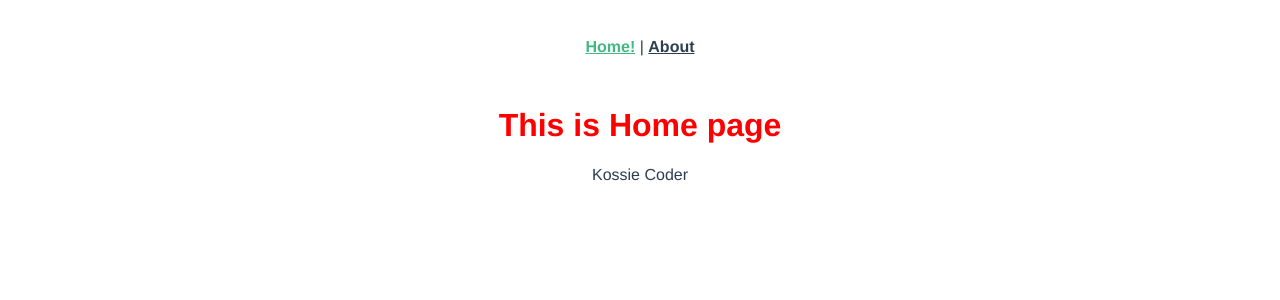
Repository: RyuGeunHwan/code_J
Page: / (app in hello-word/)
The author's editor kept a copy of each file at every save. The page is drawn from the files as they stood at one save, then again after the next save.
The browser window is 1280 px wide. The pictures show the whole page.
The project was rebuilt for these pictures with package versions that can differ from the ones it lists, and the page was loaded fresh each time.

Above is the page before, as saved 2022-08-10 16:21:39.

After the next save:
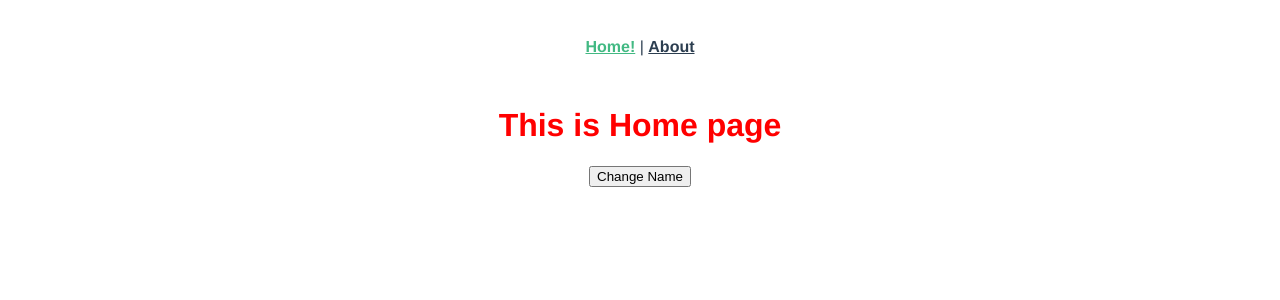
Saved 107 s later.
--- a/hello-word/src/views/Home.vue
+++ b/hello-word/src/views/Home.vue
@@ -1,7 +1,7 @@
 <template>
   <div>
     <h1>This is Home page</h1>
-    <p>Kossie Coder</p>
+    <KossieCoder/>
   </div>
 </template>
 
